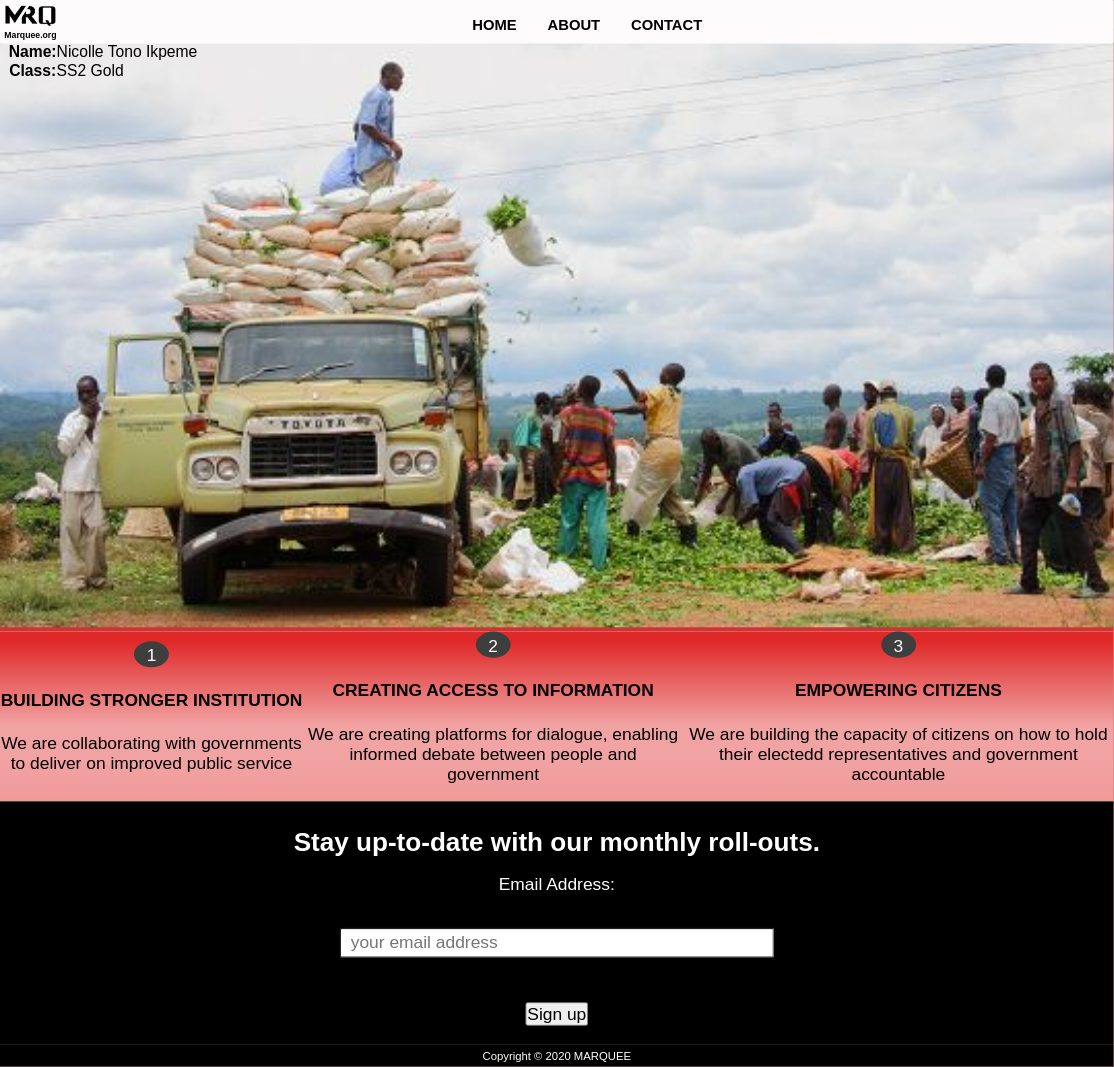
Repository: pboi18/Marquee.org
Page: home.html
These files come from the project's save history. The page is drawn as it stood at one moment and after the next save; the edit follows.
The browser window is 1280 px wide. The pictures show the whole page, at 87% of full size.

Above is the page before, as saved 2020-07-11 22:53:06.

After the next save:
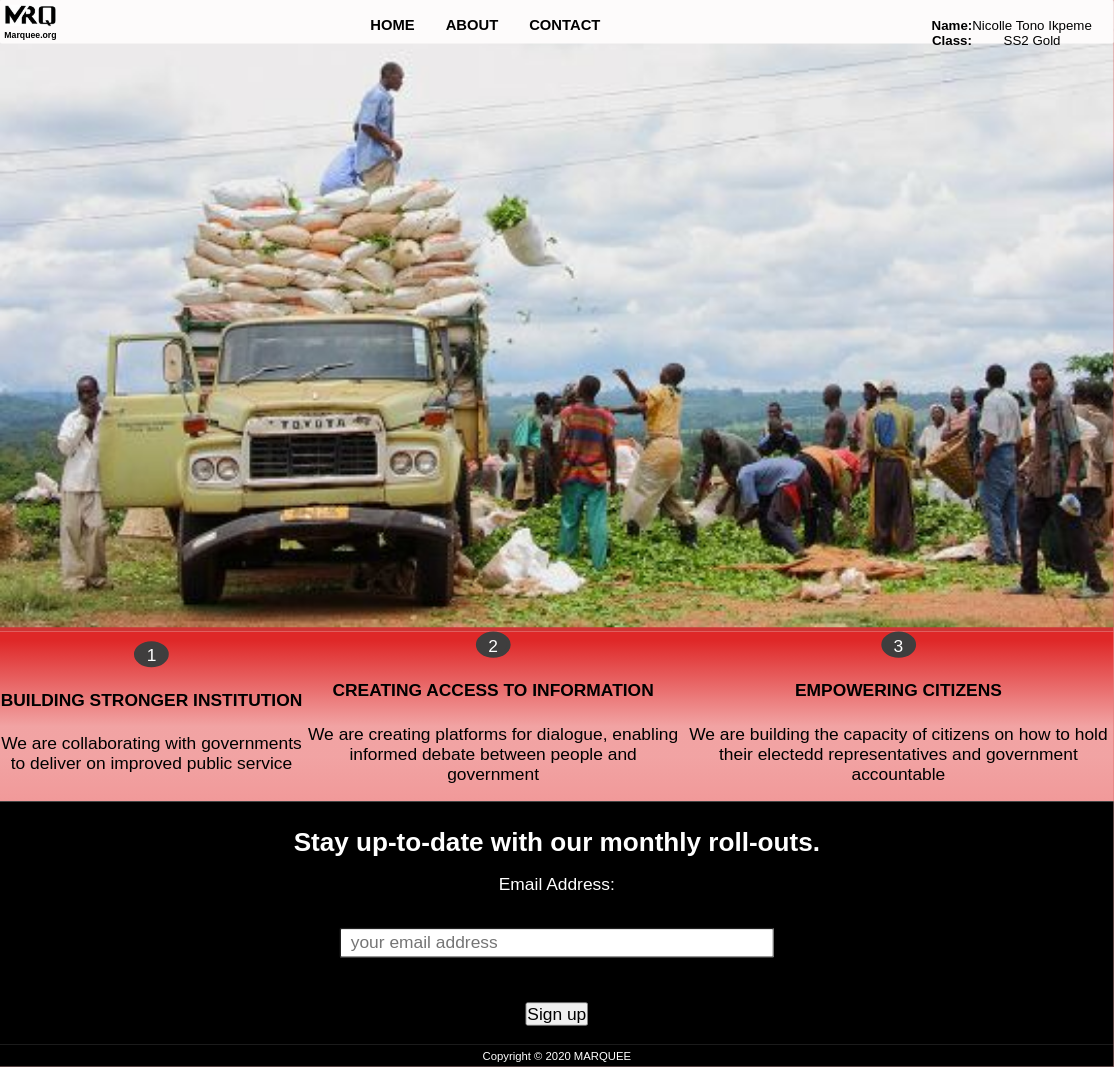
Saved 26 s later.
--- a/home.html
+++ b/home.html
@@ -42,21 +42,24 @@
                                 </a>
                             </li>
 
+                            <li style="float: right;">
+                                <table class="id">
+                                    <tr>
+                                        <th>Name:</th>
+                                        <td> Nicolle Tono Ikpeme</td>
+                                    </tr>
+
+                                    <tr>
+                                        <th>Class:</th>
+                                        <td> SS2 Gold</td>
+                                    </tr>
+
+                                </table>
+                            </li>
+
                         </ul>
 
-                        <table class="id">
-                            <tr >
-                                <th>Name:</th>
-                                <td> Nicolle Tono Ikpeme</td>
-                            </tr>
-
-                            <tr>
-                                <th>Class:</th>
-                                <td> SS2 Gold</td>
-                            </tr>
-
-                        </table>
-                    </div>
+                        </div>
                 </nav>
 
                 <div style="background-color: rgb(206, 52, 52)">
